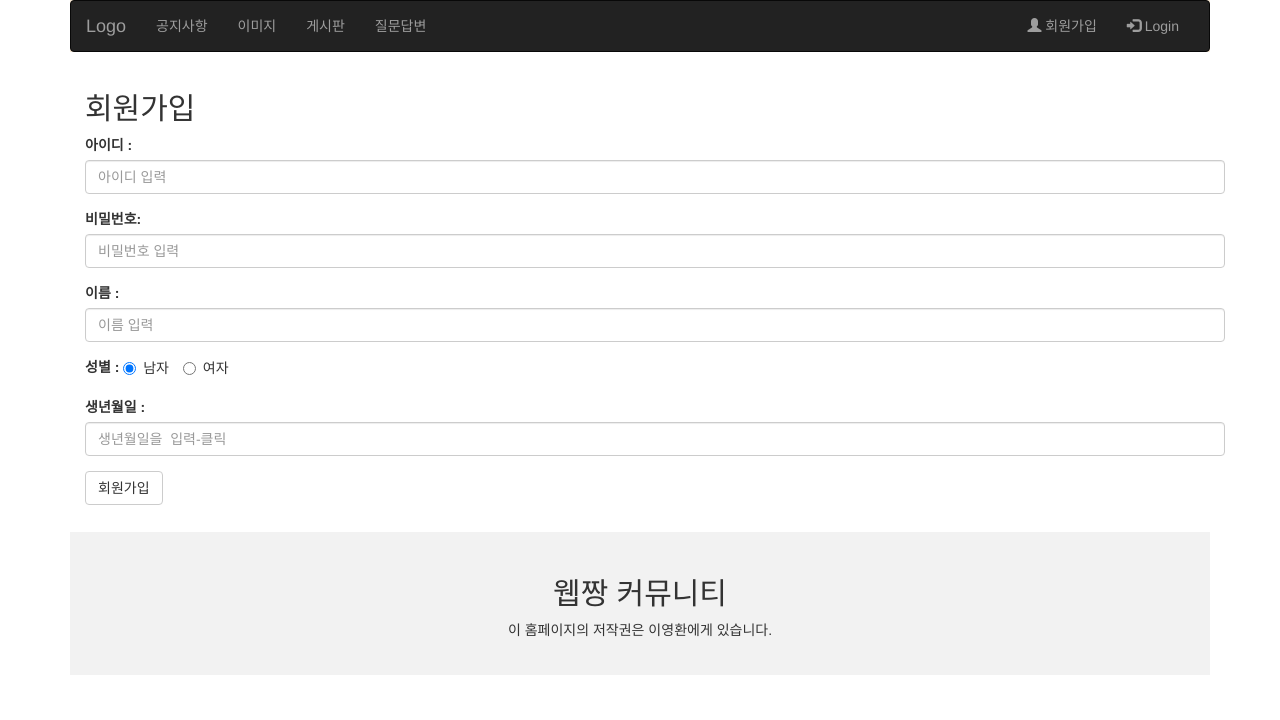
Repository: xo461/test
Page: http://localhost/webjjangcom_ver2/member/joinForm.jsp
These files come from the project's save history. The page is drawn as it stood at one moment and after the next save; the edit follows.
The browser window is 1280 px wide. The pictures show the whole page.
Some web libraries are served in a nearby version. The page is served by Tomcat 9. The template is opened directly, without the code that normally fills it, so the values that code supplies are empty.

Above is the page before, as saved 2019-11-13 02:18:20.

After the next save:
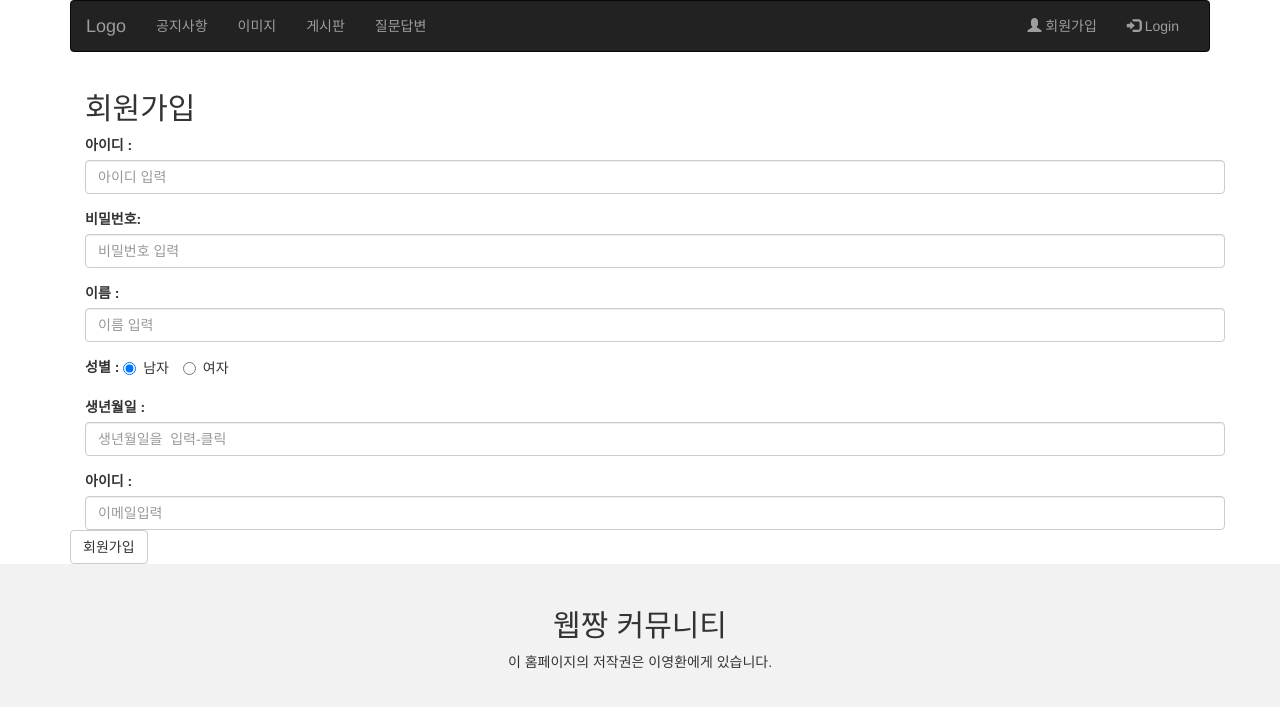
Saved 19 min 28 s later.
--- a/web/webjjangcom_ver2/WebContent/member/joinForm.jsp
+++ b/web/webjjangcom_ver2/WebContent/member/joinForm.jsp
@@ -88,6 +88,17 @@ title : 마우스를 올려 놨을때 메시지, 또는 형식에 안맞을 때
 	  />
     </div>
 
+<!--     이메일 입력 -->
+      <label for="id">아이디 :</label>
+<!--  아이디 입력 - 4자 이상 20자 이내 , 영문자와 숫자만 가능, 맨 앞자리는 영문자, 필수입력 -->
+<!-- maxlength : 최대 입력 글자수, pattern : 입력 글자의 형식,
+title : 마우스를 올려 놨을때 메시지, 또는 형식에 안맞을 때 사용하는 메세지  -->
+      <input type="text" class="form-control" id="email"
+      placeholder="이메일입력" name="email"
+      maxlength="50" required="required"
+	  pattern="[A-Za-z0-9]@"
+	  title="4-20자 영숫자, 맨 앞자는 영문자"/>
+    </div>
 
     <button type="submit" class="btn btn-default">회원가입</button>
 </form>
